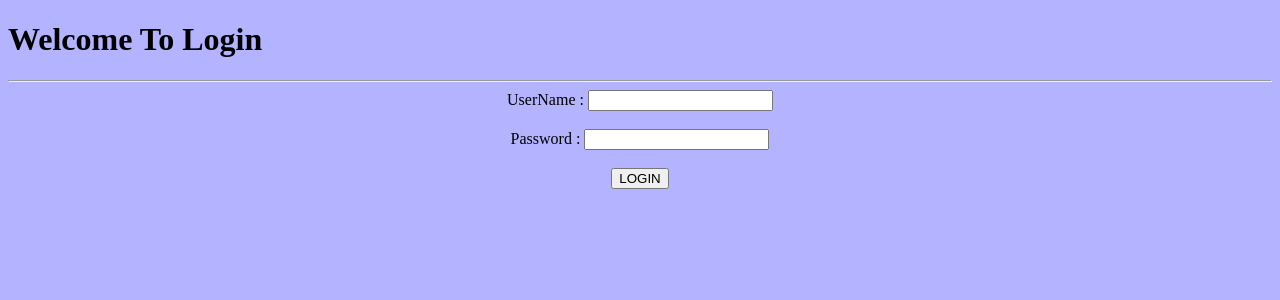
Repository: hitu-1995/reg14_spring_boot
Page: http://localhost/15-Spring-Boot-MVC-Project/login.jsp
The author's editor kept a copy of each file at every save. The page is drawn from the files as they stood at one save, then again after the next save.
The browser window is 1280 px wide. The pictures show the whole page.
The page is served by Tomcat 9.

Above is the page before, as saved 2024-02-16 10:50:33.

After the next save:
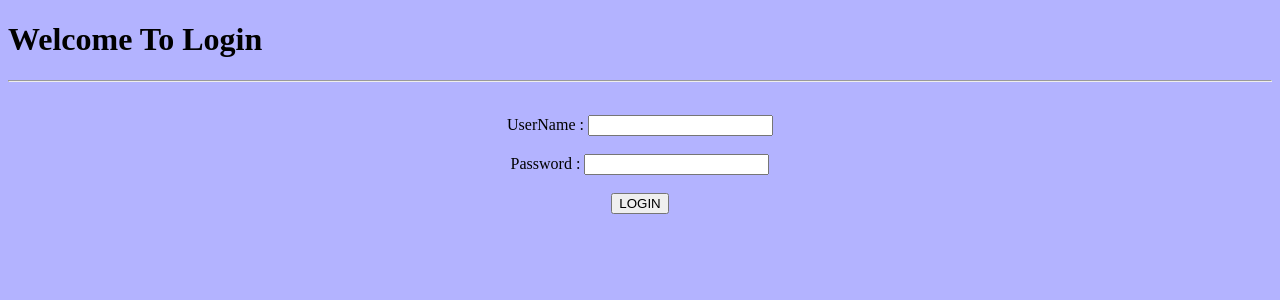
Saved 26 s later.
--- a/15-Spring-Boot-MVC-Project/src/main/webapp/login.jsp
+++ b/15-Spring-Boot-MVC-Project/src/main/webapp/login.jsp
@@ -9,7 +9,7 @@
 <body style="background-color: #b3b3ff">
  <h1>Welcome To Login </h1>
  <hr>
-    <div align="center">
+    <div align="center" style="padding-top: 25px">
      <form action="log">
 
        <label>UserName : </label>
